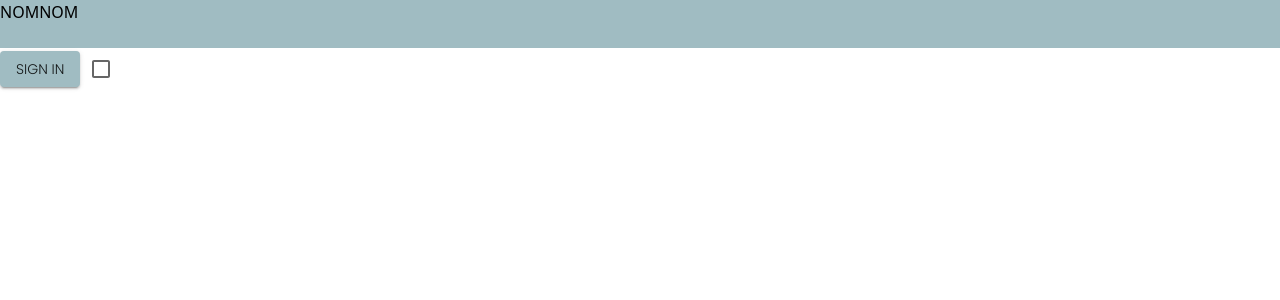
Repository: namphextra/portfolio
Page: /admin/login
An editor plug-in stored every save of this project. The page is shown before and after the next save, followed by the edit.
The browser window is 1280 px wide. The pictures show the whole page.
The page's requests for data from a server got no answer. The project was rebuilt for these pictures with package versions that can differ from the ones it lists, and the page was loaded fresh each time. The framework's server and built-in components were replaced by stand-ins that run in the browser. No one was signed in, and anything a server would have sent is missing. Also part of the build but not shown: next.config.js.

Above is the page before, as saved 2023-02-15 17:04:54.

### src/app/layout.tsx
"use client";

import { SessionProvider } from "next-auth/react";
import { createTheme, ThemeProvider } from "@mui/material/styles";
import { Dancing_Script, Poppins } from "@next/font/google";
import "./global.css";

const dancingFont = Dancing_Script({
  weight: "400",
  subsets: ["latin"],
  variable: "--font-dancing",
  display: "swap",
});
const font = Poppins({
  weight: "300",
  subsets: ["latin"],
});

const theme = createTheme({
  typography: {
    fontFamily: ["Poppins", "sans-serif"].join(","),
  },
  palette: {
    primary: {
      main: "#A0BCC2",
      light: "#A0BCC2",
    },
    secondary: {
      main: "#A0BCC2",
      light: "#A0BCC2",
    },
  },
});

export default function RootLayout({
  children,
}: {
  children: React.ReactNode;
}) {
  return (
    <html lang="en">
      {/*
        <head /> will contain the components returned by the nearest parent
        head.tsx. Find out more at https://beta.nextjs.org/docs/api-reference/file-conventions/head
      */}
      <head />
      <body className={`${font.className} ${dancingFont.variable}`}>
        <ThemeProvider theme={theme}>
          <SessionProvider>{children}</SessionProvider>
        </ThemeProvider>
      </body>
    </html>
  );
}

### src/app/admin/layout.tsx
"use client";
import { css } from "@emotion/css";
import { styled } from "@mui/system";

export default function RootLayout({
  children,
}: {
  children: React.ReactNode;
}) {
  const Header = styled("header")(({ theme }) => ({
    backgroundColor: theme.palette.primary.main,
  }));
  return (
    <>
      <Header className="w-full h-12">
        <p className="font-dancing">NOMNOM</p>
      </Header>
      {children}
    </>
  );
}

### src/app/admin/login/layout.tsx
"use client";
export default function RootLayout({
  children,
}: {
  children: React.ReactNode;
}) {
  return (
    <html lang="en">
      {/*
        <head /> will contain the components returned by the nearest parent
        head.tsx. Find out more at https://beta.nextjs.org/docs/api-reference/file-conventions/head
      */}
      <head />
      <body>{children}</body>
    </html>
  );
}

### src/app/admin/login/page.tsx
"use client";
import Image from "next/image";
import { Button, Checkbox } from "@mui/material";
import { signIn, useSession, signOut } from "next-auth/react";
import { useState } from "react";

export default function Login() {
  const { data: session } = useSession();
  const [showComponent, setShowComponent] = useState(false);
  return (
    <div className="admin">
      {session && (
        <>
          Signed in as {session?.user?.email} <br />
          {session?.user?.name}
          <Image
            src={session?.user?.image || ""}
            alt=""
            width={100}
            height={100}
          />
        </>
      )}
      {!session ? (
        <Button variant="contained" onClick={() => signIn()}>
          Sign in
        </Button>
      ) : (
        <Button variant="contained" onClick={() => signOut()}>
          Log out
        </Button>
      )}
      <Checkbox
        checked={showComponent}
        onChange={() => setShowComponent(!showComponent)}
      />
    </div>
  );
}

### tailwind.config.js
/** @type {import('tailwindcss').Config} */

module.exports = {
  content: [
    "./src/**/*.{js,jsx,ts,tsx}",
  ],
  theme: {
    colors: {
      primary: '#A0BCC2',
      secondary: '#F9EBC8',
    },
    extend: {
      fontFamily: {
        dancing: ['var(--font-dancing)'],
      },
    },
  },
  plugins: [],
  // Gen all class when in development mode
  ...(process.env.NODE_ENV == 'development') && {
    safelist: [
      { pattern: /.*/ },
    ],
  },
}

Loaded but not shown: src/app/global.css (common file)

After the next save:
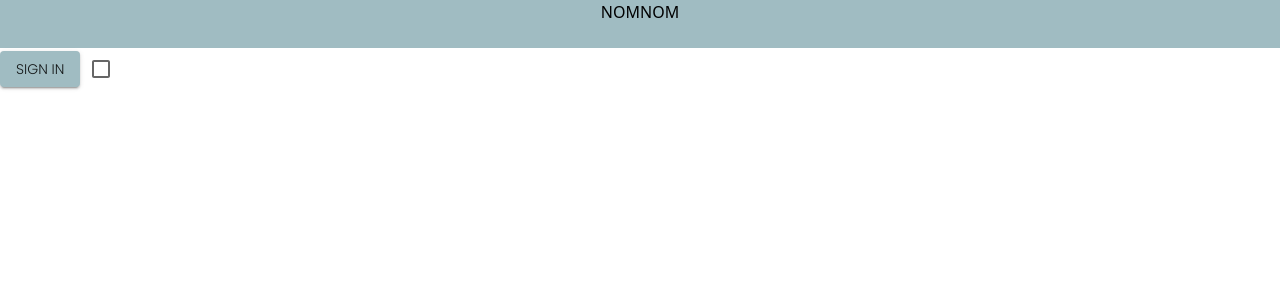
Saved 4 min 6 s later.
--- a/src/app/admin/layout.tsx
+++ b/src/app/admin/layout.tsx
@@ -13,7 +13,7 @@
   return (
     <>
       <Header className="w-full h-12">
-        <p className="font-dancing">NOMNOM</p>
+        <p className="font-dancing text-center">NOMNOM</p>
       </Header>
       {children}
     </>
